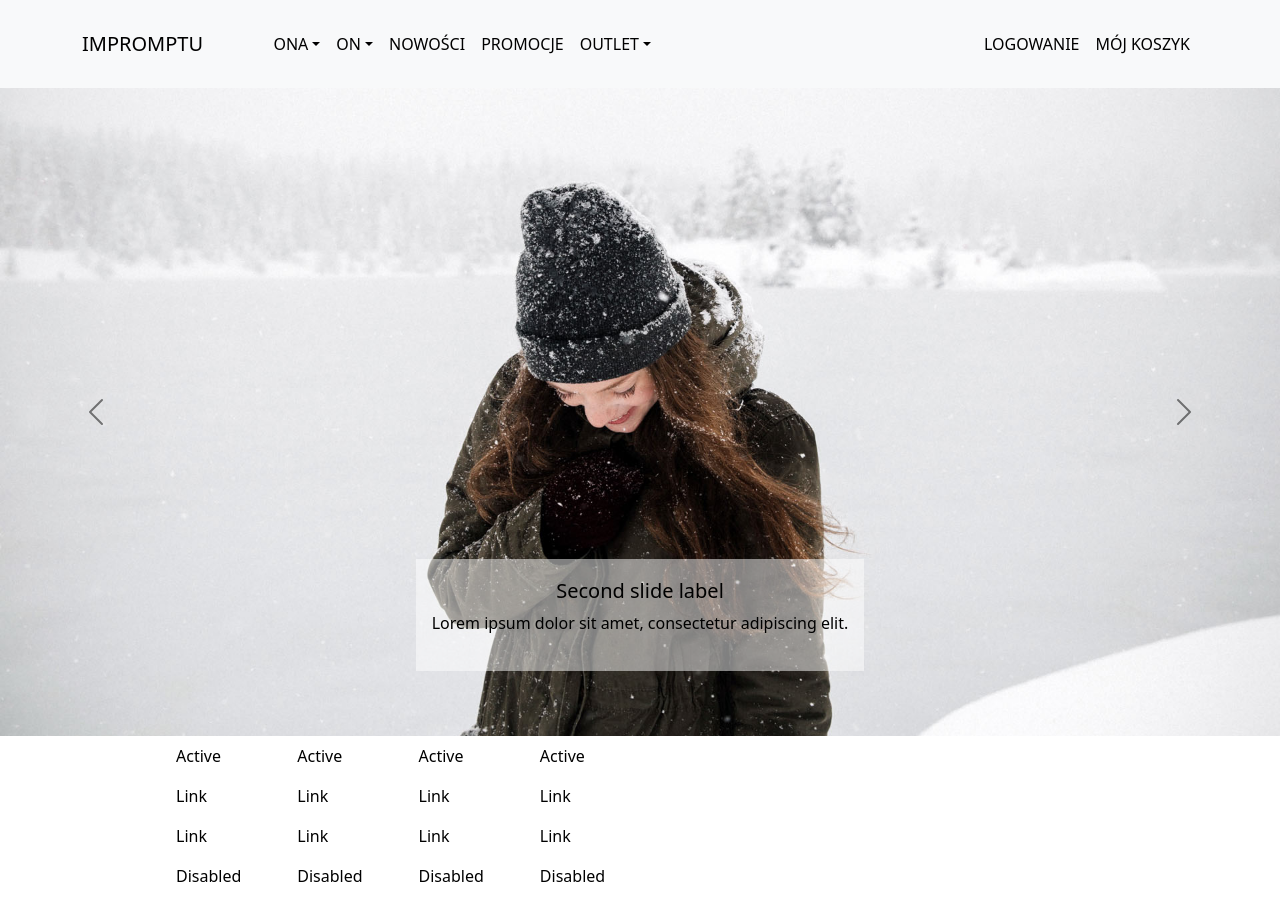
Repository: michalgornicki/Impromptu
Page: /
These files come from the project's save history. The page is drawn as it stood at one moment and after the next save; the edit follows.
The browser window is 1280 px wide. The pictures show the whole page.
The project was rebuilt for these pictures with package versions that can differ from the ones it lists, and the page was loaded fresh each time.

Above is the page before, as saved 2021-12-23 13:32:35.

After the next save:
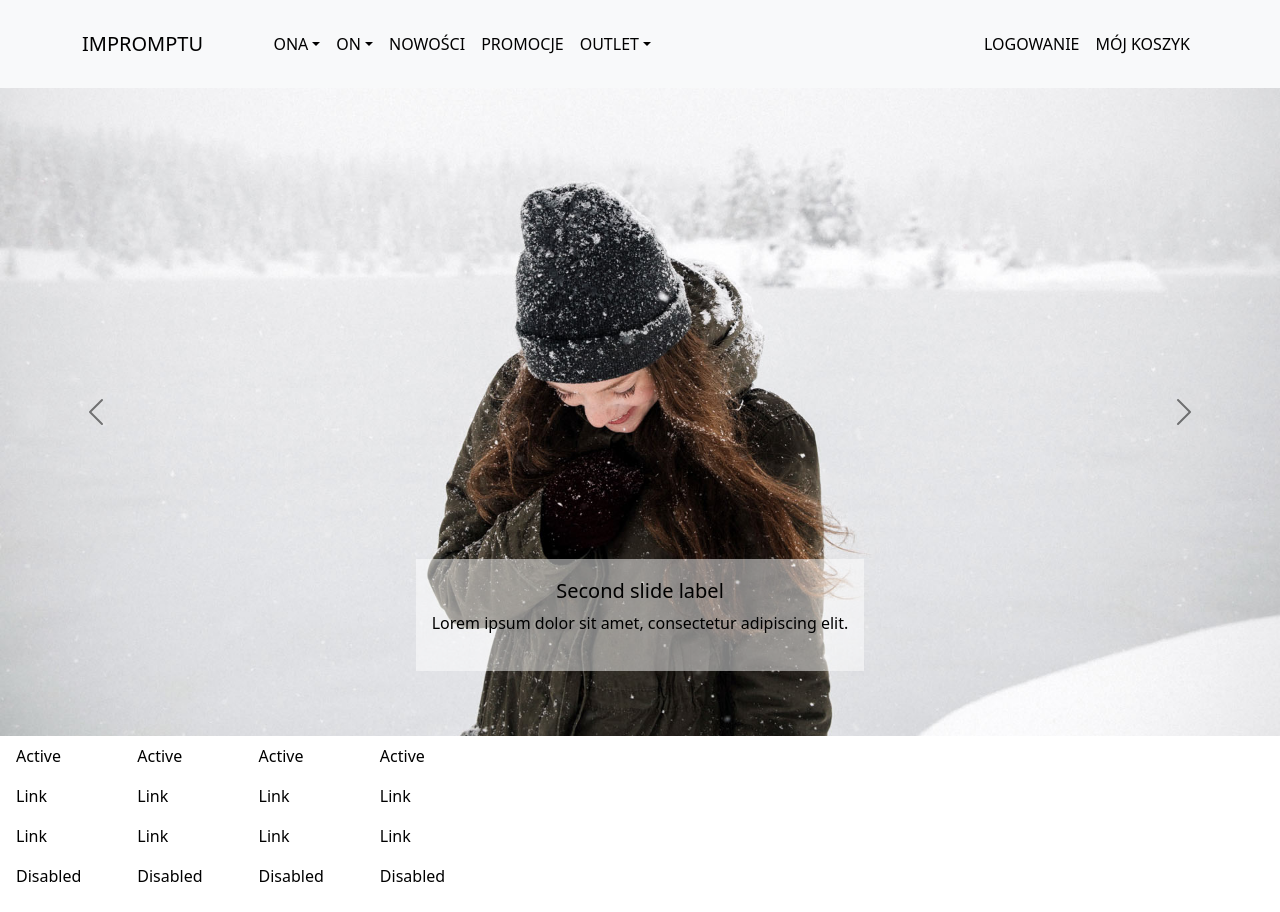
Saved 17 s later.
--- a/src/App.jsx
+++ b/src/App.jsx
@@ -157,7 +157,7 @@ function App() {
 
 <Nav
   activeKey="/home"
-  className="w-75 m-auto"
+  className="m-auto"
 >
   <Row>
   <Col>
